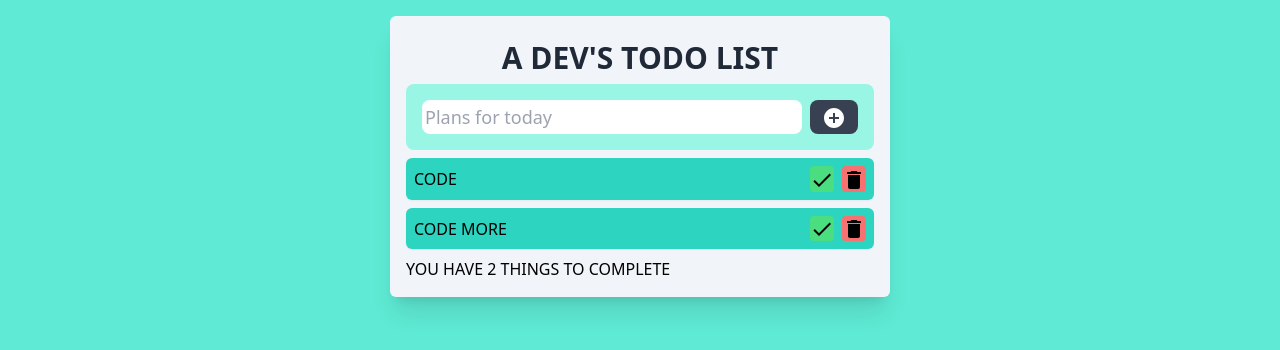
Repository: DevAntonioRogers/React-Todo-CRUD-App
Page: /
An editor plug-in stored every save of this project. The page is shown before and after the next save, followed by the edit.
The browser window is 1280 px wide. The pictures show the whole page.
The project was rebuilt for these pictures with package versions that can differ from the ones it lists, and the page was loaded fresh each time. Also part of the build but not shown: vite.config.ts.

Above is the page before, as saved 2023-05-14 20:04:59.

After the next save:
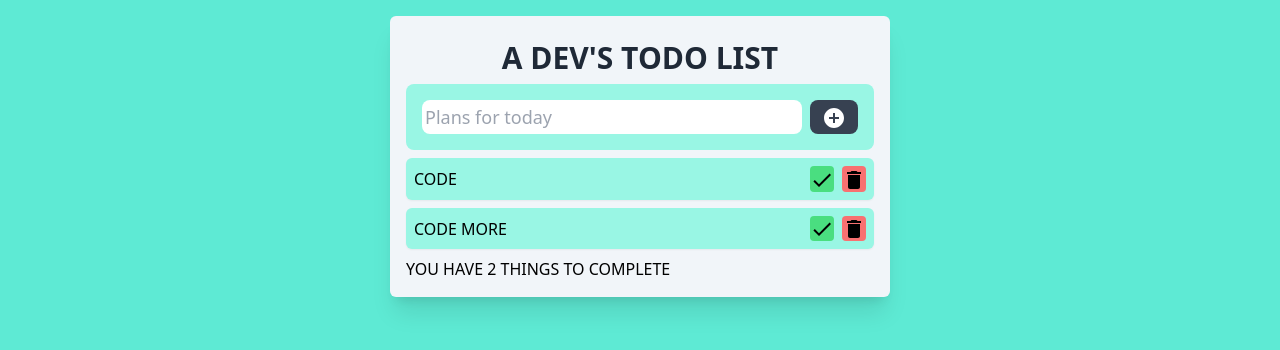
Saved 28 s later.
--- a/src/components/Todo.tsx
+++ b/src/components/Todo.tsx
@@ -7,7 +7,7 @@ interface TodoProps {
 
 const Todo = ({ todos }: TodoProps) => {
   return (
-    <li className="p-2 bg-teal-400 my-2 rounded-md uppercase shadow-sm">
+    <li className="p-2 bg-teal-200 my-2 rounded-md uppercase shadow-sm">
       <div className="flex items-center justify-between">
         <p>{todos}</p>
         <div className="flex gap-2">
